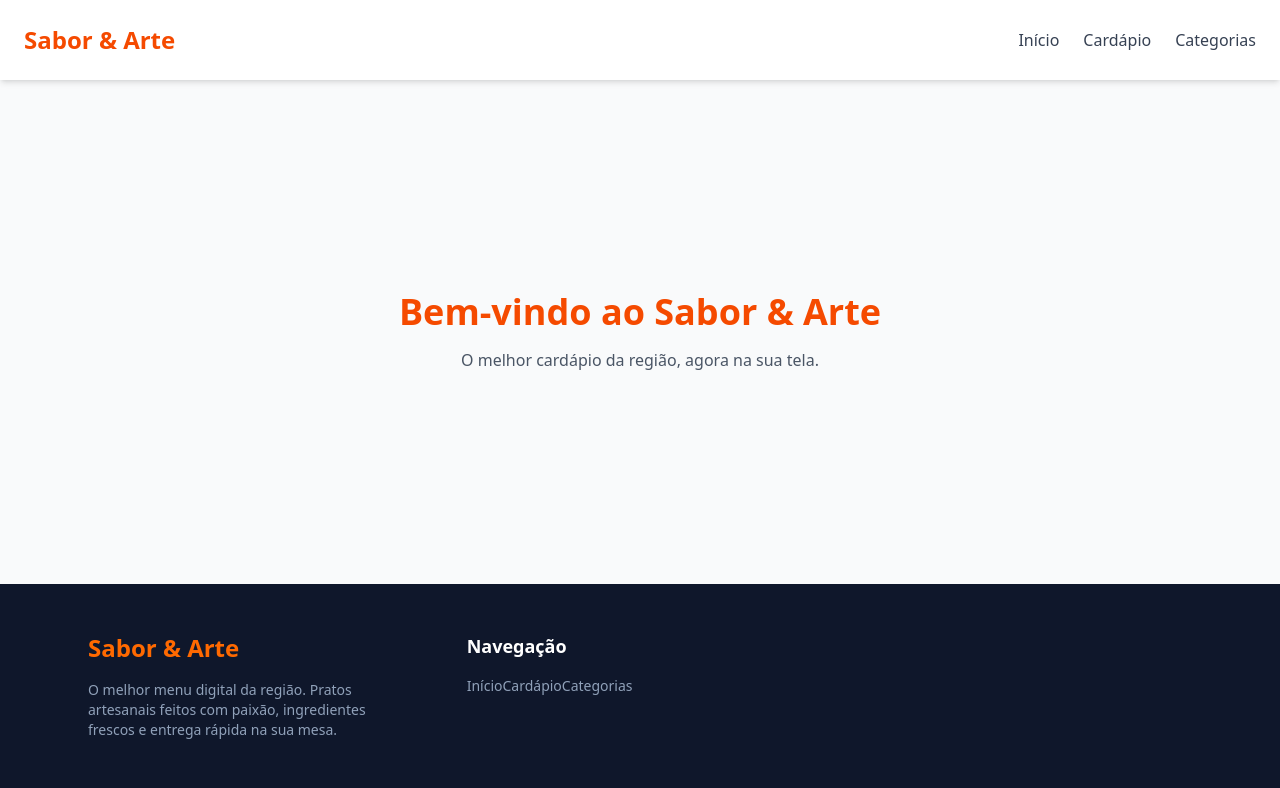
Repository: LuigiBLombardo/Next---Atividade
Page: / (app in sistema-cardapio/)
An editor plug-in stored every save of this project. The page is shown before and after the next save, followed by the edit.
The browser window is 1280 px wide. The pictures show the whole page.
The project was rebuilt for these pictures with package versions that can differ from the ones it lists, and the page was loaded fresh each time. The framework's server and built-in components were replaced by stand-ins that run in the browser. Also part of the build but not shown: sistema-cardapio/next.config.mjs.

Above is the page before, as saved 2026-09-04 19:34:13.

### sistema-cardapio/src/app/layout.js
import { Inter, Montserrat } from "next/font/google";
import "./globals.css";
import Navbar from "@/components/Navbar";
import Footer from "@/components/Footer";

const inter = Inter({ subsets: ["latin"], variable: "--font-inter" });

const montserrat = Montserrat({ subsets: ["latin"], variable: "--font-montserrat" });

export default function RootLayout({ children }) {
    return (
        <html lang="pt-br" className={`${inter.variable} ${montserrat.variable}`}>
            <body className="font-sans bg-gray-50 antialiased">
                <Navbar />
                {children}
                <Footer/>
            </body>
        </html>
);
}

### sistema-cardapio/src/app/page.js
import Image from "next/image";

export default function Home() {
  return (
    <main className="flex flex-col items-center justify-center min-h-[70vh]">
        <h1 className="text-4xl font-bold text-orange-600">Bem-vindo ao Sabor & Arte</h1>
        <p className="mt-4 text-gray-600">O melhor cardápio da região, agora na sua tela.</p>
    </main>
  );
}

### sistema-cardapio/src/components/Navbar.js
import Link from 'next/link';

export default function Navbar() {
    return (
        <nav className="flex items-center justify-between p-6 bg-white shadow-md">
            <h2 className="text-2xl font-bold text-orange-600">Sabor & Arte</h2>
            <div className="flex gap-6">
                <Link href="/" className="text-gray-700 hover:text-orange-600 font-medium">Início</Link>
                <Link href="/cardapio" className="text-gray-700 hover:text-orange-600 font-medium">Cardápio</Link>
                <Link href="/categorias" className="text-gray-700 hover:text-orange-600
font-medium">Categorias</Link>
            </div>
        </nav>
);
}

### sistema-cardapio/src/components/Footer.js
import Link from "next/link";

export default function Footer(){
    return (
        <footer className="w-full bg-slate-900 text-slate-400 pt-12">

            <div className="max-w-6xl mx-auto px-6 pb-12 grid grid-cols-1 md:grid-cols-3 gap-8">

                <div>
                    <h2 className="text-2xl font-bold text-orange-500 mb-4">
                        Sabor & Arte
                    </h2>
                    <p className="text-sm max-w-xs text-slate-400">
                        O melhor menu digital da região. Pratos artesanais feitos com
                        paixão, ingredientes frescos e entrega rápida na sua mesa.
                    </p>
                </div>

                <div>
                    <h3 className="text-lg font-bold text-white mb-4">
                        Navegação
                    </h3>
                    <div className="space-y-2 text-sm">

                        <Link href="/" className="hover:text-white transition">Início</Link>
                        <Link href="/cardapio" className="hover:text-white transition">Cardápio</Link>
                        <Link href="/categorias" className="hover:text-white transition">Categorias</Link>

                    </div>
                </div>

                <div>
                    <h3 className="text-lg font-bold text-white mb-4">

                    </h3>

                </div>
            </div>

        </footer>
    )
}

Loaded but not shown: sistema-cardapio/src/app/globals.css (common file)

After the next save:
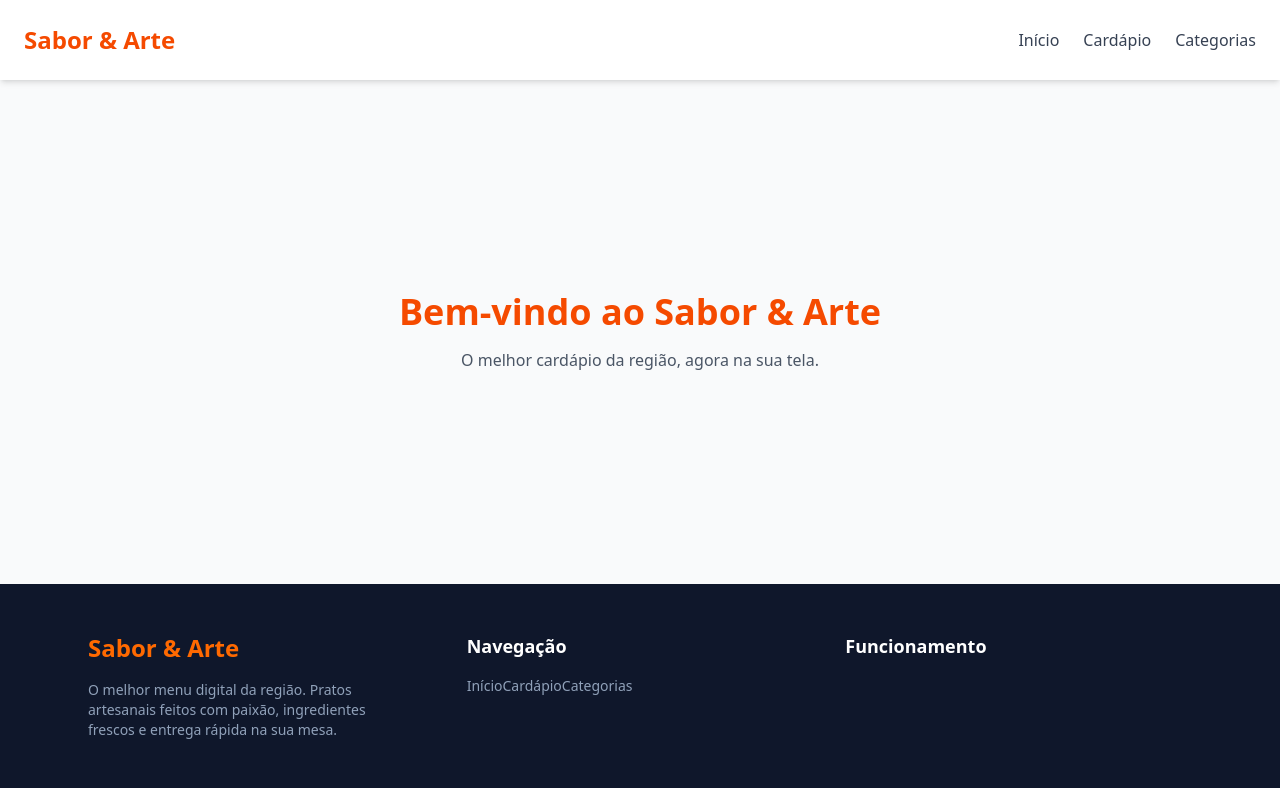
Saved 17 s later.
--- a/sistema-cardapio/src/components/Footer.js
+++ b/sistema-cardapio/src/components/Footer.js
@@ -31,7 +31,7 @@ export default function Footer(){
 
                 <div>
                     <h3 className="text-lg font-bold text-white mb-4">
-
+                        Funcionamento
                     </h3>
 
                 </div>
